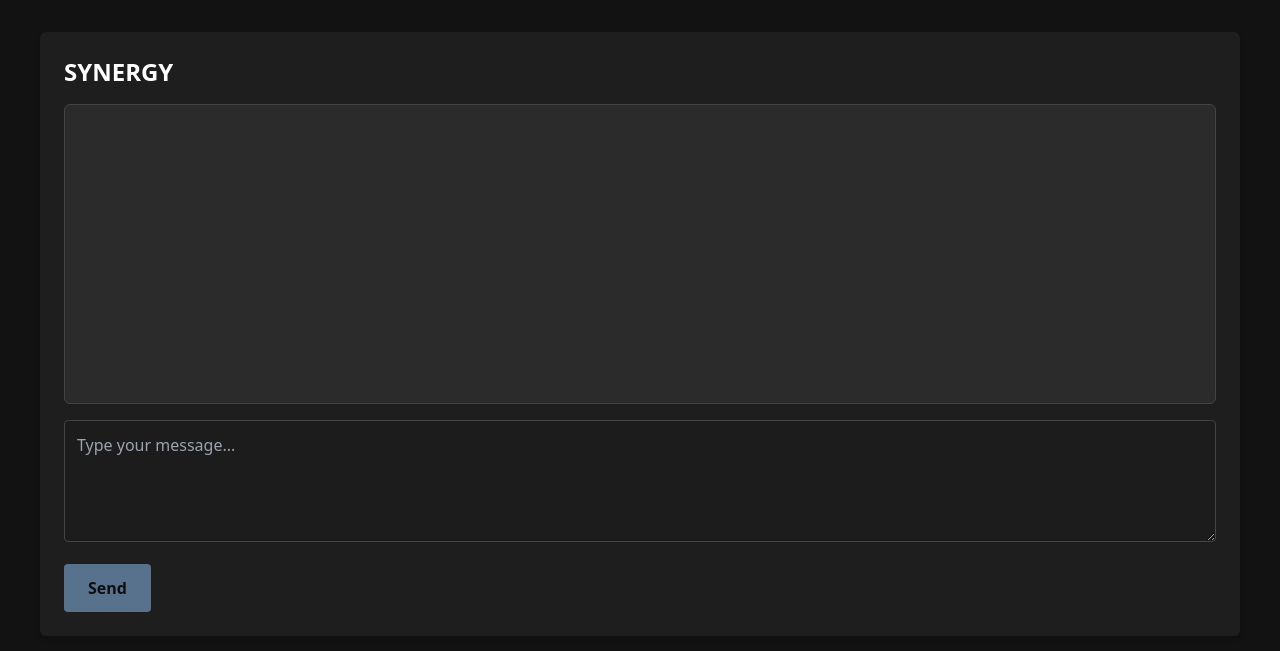
Repository: Theanh0410/Pre-thesis
Page: / (app in LLM/client/)
An editor plug-in stored every save of this project. The page is shown before and after the next save, followed by the edit.
The browser window is 1280 px wide. The pictures show the whole page.
The project was rebuilt for these pictures with package versions that can differ from the ones it lists, and the page was loaded fresh each time. The framework's server and built-in components were replaced by stand-ins that run in the browser. Also part of the build but not shown: LLM/client/next.config.js, LLM/client/next.config.mjs.

Above is the page before, as saved 2025-04-11 20:43:56.

After the next save:
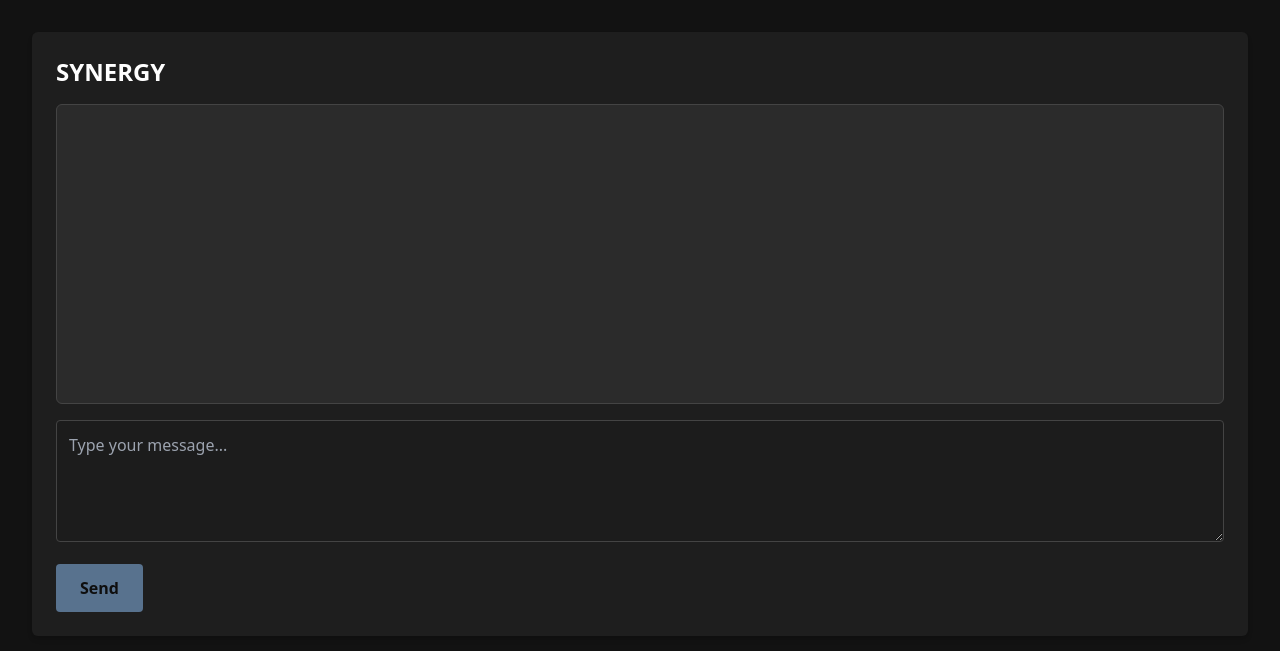
Saved 6 s later.
--- a/LLM/client/pages/index.js
+++ b/LLM/client/pages/index.js
@@ -51,7 +51,7 @@ export default function ChatApp() {
 
   return (
     <main className="min-h-screen p-8 bg-[#121212] text-[#e0e0e0] font-sans">
-      <div className="max-w-[1200px] mx-auto bg-[#1e1e1e] p-6 rounded-md shadow-md">
+      <div className="max-w-[1300px] mx-auto bg-[#1e1e1e] p-6 rounded-md shadow-md">
         <h1 className="text-2xl text-white mb-4 font-semibold">SYNERGY</h1>
 
         <div className="h-[300px] overflow-y-auto bg-[#2b2b2b] border border-[#444] rounded-md p-4 mb-4">
